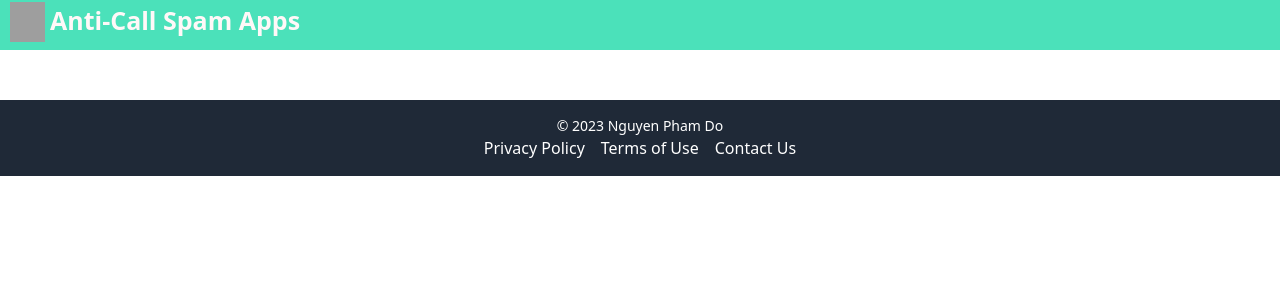
Repository: NPham1402/Web-user-callSpamBlocker
Page: /detail
These files come from the project's save history. The page is drawn as it stood at one moment and after the next save; the edit follows.
The browser window is 1280 px wide. The pictures show the whole page.
Pictures or frames that could not be fetched are drawn as grey boxes. The project was rebuilt for these pictures with package versions that can differ from the ones it lists, and the page was loaded fresh each time. The framework's server and built-in components were replaced by stand-ins that run in the browser. Also part of the build but not shown: next.config.js.

Above is the page before, as saved 2023-02-09 20:46:19.

### pages/detail.js
import Head from "next/head";
import { useRouter } from "next/router";
import React from "react";

function detail() {
  const router = useRouter();
  const {
    query: { id },
  } = router;
  return (
    <>
      {" "}
      <Head>
        <title>Check number spam</title>
        <meta name="description" content="Generated by create next app" />
        <meta name="viewport" content="width=device-width, initial-scale=1" />
        <link rel="icon" href="/favicon.ico" />
      </Head>
      <main className="relative">
        <div className="w-100 pl-[10px] pt-[2px] flex flex-row h-[50px] bg-[#4BE1BA]">
          <img
            src="https://static.callblocker.org/img/logo.png"
            className=" w-[35px] h-[40px]"
          />
          <p className="pl-[5px] pt-[6px] leading-none font-Raleway font-semibold text-[25px] text-[#FFF8F8] ">
            Anti-Call Spam Apps
          </p>
        </div>
      </main>
      <footer class="bg-gray-800 mt-[50px] text-white py-4">
        <div class="container mx-auto">
          <p class="text-center text-sm">&copy; 2023 Nguyen Pham Do</p>
          <div class="flex justify-center">
            <a href="#" class="text-white mx-2">
              Privacy Policy
            </a>
            <a href="#" class="text-white mx-2">
              Terms of Use
            </a>
            <a href="#" class="text-white mx-2">
              Contact Us
            </a>
          </div>
        </div>
      </footer>
    </>
  );
}

export default detail;

### styles/globals.css
@tailwind base;
@tailwind components;
@tailwind utilities;
@import url('https://fonts.googleapis.com/css2?family=Raleway:ital&display=swap');

Loaded but not shown: pages/_app.js (common file); pages/_document.js (common file); tailwind.config.js (common file)

After the next save:
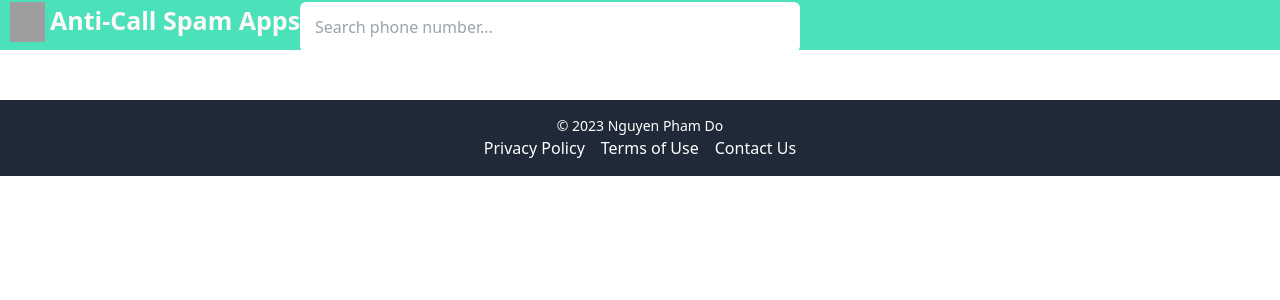
Saved 2 min 51 s later.
--- a/pages/detail.js
+++ b/pages/detail.js
@@ -25,6 +25,10 @@ function detail() {
           <p className="pl-[5px] pt-[6px] leading-none font-Raleway font-semibold text-[25px] text-[#FFF8F8] ">
             Anti-Call Spam Apps
           </p>
+          <input
+            className="w-[500px] h-[50px] rounded-[6px] p-[15px]"
+            placeholder="Search phone number..."
+          />
         </div>
       </main>
       <footer class="bg-gray-800 mt-[50px] text-white py-4">
